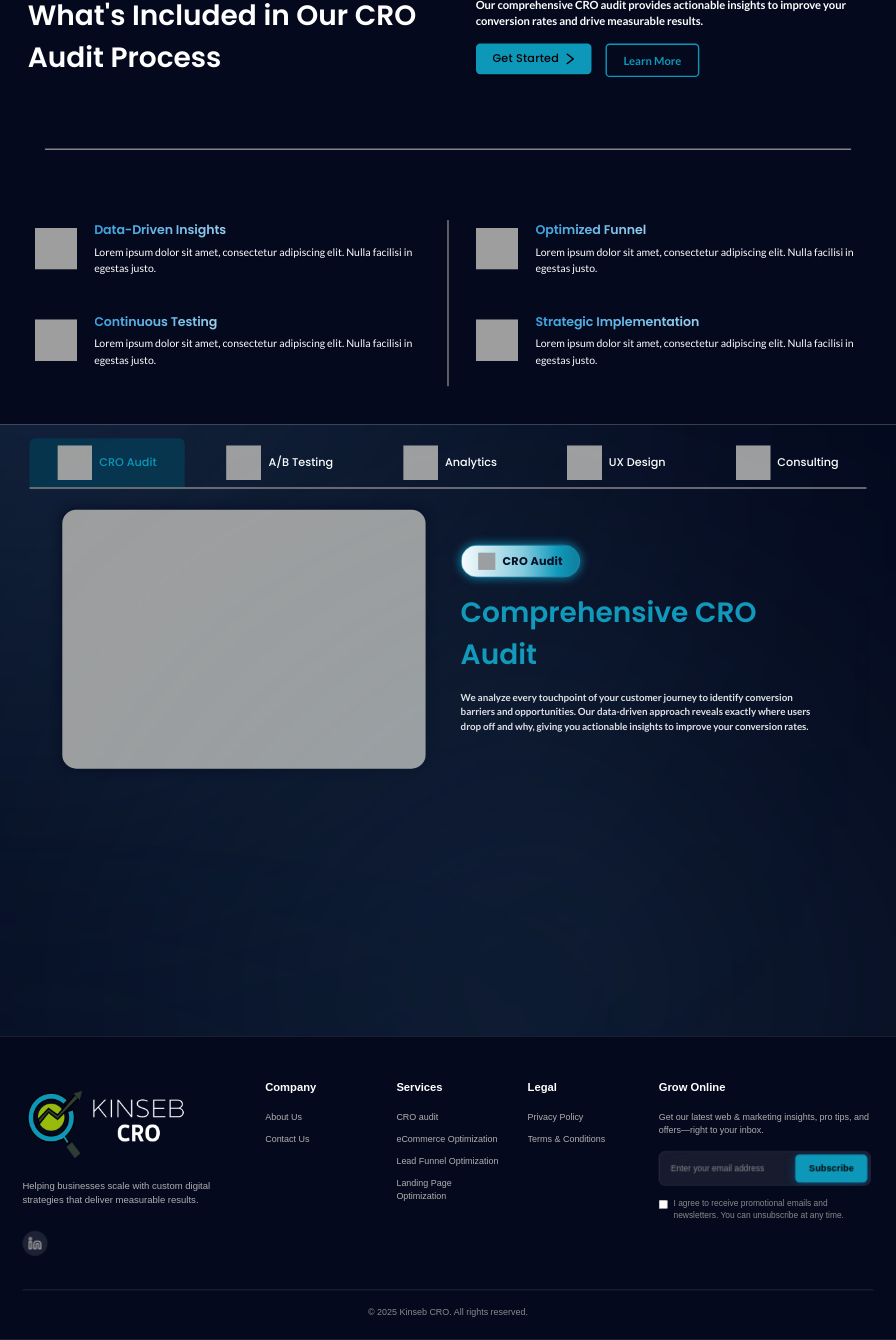
Repository: YahyaK01/kinseb
Page: /services
These files come from the project's save history. The page is drawn as it stood at one moment and after the next save; the edit follows.
The browser window is 1280 px wide. The pictures show the part of the page from y = 1793 to 3713 px (the page is 3707 px tall before and 3713 px after), at 70% of full size.
Pictures or frames that could not be fetched are drawn as grey boxes. The project was rebuilt for these pictures with package versions that can differ from the ones it lists, and the page was loaded fresh each time. Also part of the build but not shown: src/components/FAQ.js, src/components/CTA.jsx, src/components/MetricsSection.jsx, src/components/WhyCROMatter.jsx, src/components/Processsection.jsx, src/components/Hero.jsx, src/components/CEO.jsx, src/components/Testimonia.jsx and 14 more.

Above is the page before, as saved 2025-12-05 18:20:47.

### public/index.html
<!DOCTYPE html>
<html lang="en">
  <head>
    <meta charset="utf-8" />
    <link rel="icon" href="/images/website-logo.png" />
    <meta name="viewport" content="width=device-width, initial-scale=1" />
    <meta name="theme-color" content="#000000" />
    <meta
      name="description"
      content="Kinseb CRO - Your trusted partner for Conversion Rate Optimization. We specialize in data-driven CRO strategies, A/B testing, user experience optimization, and conversion funnel analysis to maximize your website's performance and ROI."
    />
    <meta name="keywords" content="conversion rate optimization, CRO services, A/B testing, conversion funnel optimization, user experience optimization, website optimization, Kinseb CRO, landing page optimization, conversion strategy, increase conversions" />
    <meta name="author" content="Kinseb CRO" />
    <meta property="og:title" content="Kinseb CRO - Conversion Rate Optimization Experts" />
    <meta property="og:description" content="Your trusted partner for data-driven Conversion Rate Optimization. We help businesses maximize their website conversions through strategic testing and optimization." />
    <meta property="og:image" content="/images/website-logo.png" />
    <meta property="og:type" content="website" />
    <meta name="twitter:card" content="summary_large_image" />
    <meta name="twitter:title" content="Kinseb CRO - Conversion Rate Optimization Experts" />
    <meta name="twitter:description" content="Your trusted partner for data-driven Conversion Rate Optimization. Turn more visitors into customers with strategic testing and optimization." />
    <meta name="twitter:image" content="/images/logo.png" />
    <link rel="apple-touch-icon" href="/images/logo.png" />

    <!-- Preconnect to Google Fonts (speeds up font loading) -->
    <link rel="preconnect" href="https://fonts.googleapis.com">
    <link rel="preconnect" href="https://fonts.gstatic.com" crossorigin>

    <!-- Async load fonts (non-blocking - won't delay page render) -->
    <link rel="preload" as="style" href="https://fonts.googleapis.com/css2?family=Poppins:wght@300;400;500;600;700&display=swap" onload="this.onload=null;this.rel='stylesheet'">
    <link rel="preload" as="style" href="https://fonts.googleapis.com/css2?family=Lato:wght@100;300;400;700;900&display=swap" onload="this.onload=null;this.rel='stylesheet'">

    <!-- Fallback for browsers without JavaScript -->
    <noscript>
      <link rel="stylesheet" href="https://fonts.googleapis.com/css2?family=Poppins:wght@300;400;500;600;700&display=swap">
      <link rel="stylesheet" href="https://fonts.googleapis.com/css2?family=Lato:wght@100;300;400;700;900&display=swap">
    </noscript>

    <!--
      manifest.json provides metadata used when your web app is installed on a
      user's mobile device or desktop. See https://developers.google.com/web/fundamentals/web-app-manifest/
    -->
    <link rel="manifest" href="%PUBLIC_URL%/manifest.json" />
    <!--
      Notice the use of %PUBLIC_URL% in the tags above.
      It will be replaced with the URL of the `public` folder during the build.
      Only files inside the `public` folder can be referenced from the HTML.

      Unlike "/favicon.ico" or "favicon.ico", "%PUBLIC_URL%/favicon.ico" will
      work correctly both with client-side routing and a non-root public URL.
      Learn how to configure a non-root public URL by running `npm run build`.
    -->
    <title>Kinseb CRO - Conversion Rate Optimization Experts</title>
  </head>
  <body>
    <noscript>You need to enable JavaScript to run this app.</noscript>
    <div id="root"></div>
    <!--
      This HTML file is a template.
      If you open it directly in the browser, you will see an empty page.

      You can add webfonts, meta tags, or analytics to this file.
      The build step will place the bundled scripts into the <body> tag.

      To begin the development, run `npm start` or `yarn start`.
      To create a production bundle, use `npm run build` or `yarn build`.
    -->
  </body>
</html>

### src/components/marquee.jsx
import React, { useEffect, useState } from 'react';

const TrustedBrands = () => {
  const [windowWidth, setWindowWidth] = useState(window.innerWidth);
  const [isPaused, setIsPaused] = useState(false);

  useEffect(() => {
    const handleResize = () => setWindowWidth(window.innerWidth);
    window.addEventListener('resize', handleResize);
    return () => window.removeEventListener('resize', handleResize);
  }, []);

  const brands = [
    { name: 'Brand 1', logo: '/images/8.png' },
    { name: 'Brand 2', logo: '/images/9.png' },
    { name: 'Brand 3', logo: '/images/10.png' },
    { name: 'Brand 4', logo: '/images/11.png' },
    { name: 'Brand 5', logo: '/images/12.png' },
  ];

  // Duplicate brands for seamless loop
  const duplicatedBrands = [...brands, ...brands, ...brands];

  const containerStyle = {
    display: 'flex',
    flexDirection: 'column',
    justifyContent: 'center',
    alignItems: 'center',
    padding: windowWidth < 768 ? '40px 0' : '50px 0',
    width: '100%',
    minHeight: windowWidth < 768 ? 'auto' : '228px',
    background: '#04091D',
    overflow: 'hidden',
    boxSizing: 'border-box',
  };

  const innerContainerStyle = {
    display: 'flex',
    flexDirection: 'column',
    alignItems: 'center',
    gap: windowWidth < 768 ? '24px' : '32px',
    width: '100%',
    maxWidth: '100%',
    overflow: 'hidden',
  };

  const titleStyle = {
    fontFamily: "'Lato', -apple-system, BlinkMacSystemFont, 'Segoe UI', sans-serif",
    fontWeight: 600,
    fontSize: windowWidth < 480 ? '16px' : '18px',
    lineHeight: '24px',
    textAlign: 'center',
    color: '#FDFFFA',
    margin: 0,
    padding: '0 16px',
  };

  const marqueeContainerStyle = {
    width: '100%',
    overflow: 'hidden',
    position: 'relative',
    maskImage: 'linear-gradient(to right, transparent, black 10%, black 90%, transparent)',
    WebkitMaskImage: 'linear-gradient(to right, transparent, black 10%, black 90%, transparent)',
  };

  const marqueeStyle = {
    display: 'flex',
    flexDirection: 'row',
    alignItems: 'center',
    gap: windowWidth < 480 ? '20px' : '40px',
    animation: isPaused ? 'none' : 'marquee 30s linear infinite',
    width: 'max-content',
    willChange: 'transform',
  };

  const cardStyle = {
    display: 'flex',
    flexDirection: 'row',
    justifyContent: 'center',
    alignItems: 'center',
    padding: windowWidth < 480 ? '12px 20px' : '16px 30px',
    minWidth: windowWidth < 480 ? '140px' : '180px',
    height: windowWidth < 480 ? '60px' : '72px',
    background: 'transparent',
    flexShrink: 0,
    cursor: 'pointer',
    transition: 'transform 0.3s ease',
  };

  const logoStyle = {
    width: windowWidth < 480 ? '80px' : windowWidth < 768 ? '100px' : '120px',
    height: 'auto',
    maxHeight: windowWidth < 480 ? '50px' : '60px',
    objectFit: 'contain',
    transition: 'transform 0.3s ease',
  };

  const keyframesStyle = `
    @keyframes marquee {
      0% {
        transform: translateX(0);
      }
      100% {
        transform: translateX(-33.333%);
      }
    }
  `;

  return (
    <>
      <style>{keyframesStyle}</style>
      <div style={containerStyle}>
        <div style={innerContainerStyle}>
          <h2 style={titleStyle}>Trusted by Leading Brands</h2>

          <div style={marqueeContainerStyle}>
            <div style={marqueeStyle}>
              {duplicatedBrands.map((brand, index) => (
                <div
                  key={index}
                  style={cardStyle}
                  onMouseEnter={() => setIsPaused(true)}
                  onMouseLeave={() => setIsPaused(false)}
                >
                  <img
                    src={brand.logo}
                    alt={brand.name}
                    style={logoStyle}
                  />
                </div>
              ))}
            </div>
          </div>
        </div>
      </div>
    </>
  );
};

export default TrustedBrands;

### src/components/ServiceTabSection.jsx
import React, { useEffect, useRef, useState } from 'react';

const ServiceTabSection = () => {
  const [isVisible, setIsVisible] = useState(false);
  const [activeTab, setActiveTab] = useState(0);
  const sectionRef = useRef(null);
  const contentAreaRef = useRef(null);

  useEffect(() => {
    const observer = new IntersectionObserver(
      ([entry]) => {
        if (entry.isIntersecting && !isVisible) {
          setIsVisible(true);

          setTimeout(() => {
            if (contentAreaRef.current) {
              contentAreaRef.current.scrollIntoView({
                behavior: 'smooth',
                block: 'start',
                inline: 'nearest'
              });
            }
          }, 100);
        }
      },
      {
        threshold: 0.1,
        rootMargin: '0px'
      }
    );

    if (sectionRef.current) {
      observer.observe(sectionRef.current);
    }

    return () => {
      if (sectionRef.current) {
        observer.unobserve(sectionRef.current);
      }
    };
  }, [isVisible]);

  // Wrapper Style
  const wrapperStyle = {
    width: '100%',
    background: '#04091D',
    position: 'relative',
    overflow: 'hidden',
  };

  // Main Container Style
  const containerStyle = {
    display: 'flex',
    flexDirection: 'column',
    justifyContent: 'center',
    alignItems: 'center',
    padding: '100px 0px',
    gap: '60px', // Reduced from 100px to 60px
    maxWidth: '1440px',
    margin: '0 auto',
    width: '100%',
    position: 'relative',
    isolation: 'isolate',
  };

  // Decorative Blur Ellipses - Updated positions
  const ellipse1Style = {
    position: 'absolute',
    width: '486px',
    height: '486px',
    left: '-213px',
    top: '-187px',
    background: 'linear-gradient(263.69deg, #FFFFFF -108.11%, #3AA1DE 98.19%)',
    filter: 'blur(400px)',
    pointerEvents: 'none',
    zIndex: 0,
  };

  const ellipse2Style = {
    position: 'absolute',
    width: '280px',
    height: '280px',
    left: '-151px',
    top: '1739px',
    background: 'linear-gradient(263.69deg, #FFFFFF -108.11%, #3AA1DE 98.19%)',
    filter: 'blur(350px)',
    pointerEvents: 'none',
    zIndex: 1,
  };

  const ellipse3Style = {
    position: 'absolute',
    width: '350px',
    height: '350px',
    left: '562px',
    top: '913px',
    background: 'linear-gradient(263.69deg, #FFFFFF -108.11%, #3AA1DE 98.19%)',
    filter: 'blur(350px)',
    pointerEvents: 'none',
    zIndex: 2,
  };

  const ellipse4Style = {
    position: 'absolute',
    width: '350px',
    height: '350px',
    left: '941px',
    top: '2277px',
    background: 'linear-gradient(263.69deg, #FFFFFF -108.11%, #3AA1DE 98.19%)',
    filter: 'blur(350px)',
    pointerEvents: 'none',
    zIndex: 3,
  };

  const ellipse5Style = {
    position: 'absolute',
    width: '267px',
    height: '267px',
    left: '139px',
    top: '2319px',
    background: 'linear-gradient(263.69deg, #FFFFFF -108.11%, #3AA1DE 98.19%)',
    filter: 'blur(275px)',
    pointerEvents: 'none',
    zIndex: 4,
  };

  // Header Section Styles
  const headerContainerStyle = {
    display: 'flex',
    flexDirection: 'column',
    alignItems: 'center',
    padding: '0px',
    gap: '30px',
    width: '100%',
    maxWidth: '1440px',
    zIndex: 5,
    opacity: isVisible ? 1 : 0,
    transform: isVisible ? 'translateY(0)' : 'translateY(30px)',
    transition: 'all 0.6s cubic-bezier(0.4, 0, 0.2, 1) 0.2s',
  };

  const headerInnerStyle = {
    display: 'flex',
    flexDirection: 'column',
    justifyContent: 'center',
    alignItems: 'center',
    padding: '0px',
    isolation: 'isolate',
    width: '1236px',
    maxWidth: '100%',
  };

  const headingStyle = {
    fontFamily: "'Poppins', sans-serif",
    fontWeight: 600,
    fontSize: '40px',
    lineHeight: '64px',
    textAlign: 'center',
    letterSpacing: '-0.03em',
    textTransform: 'capitalize',
    color: '#FFFFFF',
    margin: 0,
    width: '100%',
  };

  const paragraphStyle = {
    fontFamily: "'Lato', sans-serif",
    fontWeight: 400,
    fontSize: '14px',
    lineHeight: '28px',
    textAlign: 'center',
    letterSpacing: '-0.09px',
    color: '#FFFFFF',
    margin: 0,
    maxWidth: '692px',
  };

  // Content Area Wrapper Style
  const contentAreaWrapperStyle = {
    display: 'flex',
    flexDirection: 'column',
    gap: '30px', // Reduced from 40px to 30px
    width: '100%',
    zIndex: 5,
  };

  // Tabs Section Styles
  const tabsContainerStyle = {
    display: 'flex',
    flexDirection: 'column',
    justifyContent: 'center',
    alignItems: 'center',
    padding: '20px 40px 0px',
    width: '100%',
    maxWidth: '1440px',
    margin: '0 auto',
    opacity: isVisible ? 1 : 0,
    transition: 'all 0.6s cubic-bezier(0.4, 0, 0.2, 1) 0.3s',
  };

  const tabsRowStyle = {
    display: 'flex',
    flexDirection: 'row',
    justifyContent: 'space-between',
    alignItems: 'flex-start',
    padding: '0px',
    gap: '20px',
    width: '100%',
    maxWidth: '1196px',
    flexWrap: 'wrap',
  };

  const tabStyle = (isActive) => ({
    display: 'flex',
    flexDirection: 'row',
    justifyContent: 'center',
    alignItems: 'center',
    padding: '10px 30px',
    gap: '10px',
    minWidth: '200px',
    flex: '1 1 auto',
    height: '70px',
    borderRadius: '8px 8px 0px 0px',
    background: isActive ? '#07334C' : 'transparent',
    cursor: 'pointer',
    transition: 'all 0.3s ease',
    border: 'none',
  });

  const tabIconStyle = {
    width: '50px',
    height: '50px',
    flexShrink: 0,
  };

  const tabTextStyle = (isActive) => ({
    fontFamily: "'Poppins', sans-serif",
    fontWeight: 500,
    fontSize: '16px',
    lineHeight: '24px',
    color: isActive ? '#0D98BA' : '#FFFFFF',
    margin: 0,
    transition: 'all 0.3s ease',
  });

  const tabSeparatorStyle = {
    width: '100%',
    maxWidth: '1196px',
    height: '2px',
    background: '#848586',
    borderRadius: '10px',
    marginTop: '0px',
  };

  // Service Content Style
  const serviceContentStyle = {
    display: 'flex',
    flexDirection: 'column',
    justifyContent: 'center',
    alignItems: 'center',
    padding: '0px 89px',
    gap: '10px',
    width: '100%',
    maxWidth: '1440px',
    margin: '0 auto',
    zIndex: 6,
    opacity: isVisible ? 1 : 0,
    transform: isVisible ? 'translateY(0)' : 'translateY(30px)',
    transition: 'all 0.6s cubic-bezier(0.4, 0, 0.2, 1) 0.4s',
  };

  const serviceRowStyle = {
    display: 'flex',
    flexDirection: 'row',
    alignItems: 'center',
    padding: '0px 14px 0px 0px',
    gap: '50px',
    width: '100%',
    maxWidth: '1196px',
    flexWrap: 'wrap',
  };

  const serviceImageStyle = {
    width: '566px',
    height: '370px',
    maxWidth: '100%',
    backgroundSize: 'cover',
    backgroundPosition: 'center',
    boxShadow: '0px 0px 15px #04091D',
    borderRadius: '20px',
    flex: '1 1 400px',
  };

  const serviceTextContainerStyle = {
    display: 'flex',
    flexDirection: 'column',
    justifyContent: 'center',
    alignItems: 'flex-start',
    padding: '0px',
    gap: '20px',
    flex: '1 1 400px',
    minWidth: '300px',
    maxWidth: '566px',
  };

  const serviceBadgeStyle = {
    display: 'flex',
    flexDirection: 'row',
    justifyContent: 'center',
    alignItems: 'center',
    padding: '10px 24px',
    gap: '10px',
    background: 'linear-gradient(90deg, #FFFFFF 0%, #85CCDD 52.41%, #0D98BA 81.55%, #0B829F 95.26%)',
    border: '1px solid #0D94BB',
    boxShadow: '0px 0px 12px 2px rgba(13, 148, 187, 0.7)',
    borderRadius: '25px',
    cursor: 'default',
  };

  const badgeIconStyle = {
    width: '25px',
    height: '25px',
  };

  const badgeTextStyle = {
    fontFamily: "'Poppins', sans-serif",
    fontWeight: 700,
    fontSize: '16px',
    lineHeight: '24px',
    letterSpacing: '0.02em',
    color: '#04091D',
    margin: 0,
  };

  const serviceHeadingStyle = {
    fontFamily: "'Poppins', sans-serif",
    fontWeight: 600,
    fontSize: '40px',
    lineHeight: '60px',
    textTransform: 'capitalize',
    color: '#0D98BA',
    margin: 0,
  };

  const serviceDescriptionStyle = {
    fontFamily: "'Lato', sans-serif",
    fontWeight: 600,
    fontSize: '14px',
    lineHeight: '150%',
    letterSpacing: '-0.006em',
    color: '#E6E6E6',
    margin: 0,
  };

  // Tab Data
  const tabs = [
    { icon: '/path-to-icon-1.png', text: 'CRO Audit' },
    { icon: '/path-to-icon-2.png', text: 'A/B Testing' },
    { icon: '/path-to-icon-3.png', text: 'Analytics' },
    { icon: '/path-to-icon-4.png', text: 'UX Design' },
    { icon: '/path-to-icon-5.png', text: 'Consulting' },
  ];

  // Service Content Data
  const services = [
    {
      badge: 'CRO Audit',
      heading: 'Comprehensive CRO Audit',
      description: 'We analyze every touchpoint of your customer journey to identify conversion barriers and opportunities. Our data-driven approach reveals exactly where users drop off and why, giving you actionable insights to improve your conversion rates.',
      image: '/path-to-service-image.jpg',
    },
    {
      badge: 'A/B Testing',
      heading: 'Strategic A/B Testing',
      description: 'Test and validate changes before full implementation. Our systematic testing approach ensures every decision is backed by data, minimizing risk and maximizing ROI on your optimization efforts.',
      image: '/path-to-service-image-2.jpg',
    },
    {
      badge: 'Analytics',
      heading: 'Advanced Analytics',
      description: 'Deep dive into your data to uncover hidden patterns and opportunities. Our analytics expertise helps you understand user behavior and make informed decisions that drive growth.',
      image: '/path-to-service-image-3.jpg',
    },
    {
      badge: 'UX Design',
      heading: 'User Experience Design',
      description: 'Create intuitive, conversion-focused designs that guide users seamlessly through your funnel. Our UX experts craft experiences that delight users while driving business results.',
      image: '/path-to-service-image-4.jpg',
    },
    {
      badge: 'Consulting',
      heading: 'CRO Consulting',
      description: 'Get expert guidance on your conversion optimization strategy. Our consultants work with your team to build sustainable optimization processes and drive long-term growth.',
      image: '/path-to-service-image-5.jpg',
    },
  ];

  return (
    <div ref={sectionRef} style={wrapperStyle}>
      {/* Decorative Blur Ellipses */}
      <div style={ellipse1Style}></div>
      <div style={ellipse2Style}></div>
      <div style={ellipse3Style}></div>
      <div style={ellipse4Style}></div>
      <div style={ellipse5Style}></div>

      <div style={containerStyle}>
        {/* Header Section */}
        <div style={headerContainerStyle}>
          <div style={headerInnerStyle}>
            <h2 style={headingStyle}>How We Improve Your Conversions</h2>
          </div>
          <p style={paragraphStyle}>
            Comprehensive conversion rate optimization services to help you grow your business
          </p>
        </div>

        {/* Content Area Wrapper */}
        <div ref={contentAreaRef} style={contentAreaWrapperStyle}>
          {/* Tabs Section */}
          <div style={tabsContainerStyle}>
            <div style={tabsRowStyle}>
              {tabs.map((tab, index) => (
                <button
                  key={index}
                  style={tabStyle(activeTab === index)}
                  onClick={() => setActiveTab(index)}
                  onMouseEnter={(e) => {
                    if (activeTab !== index) {
                      e.currentTarget.style.background = 'rgba(7, 51, 76, 0.5)';
                    }
                  }}
                  onMouseLeave={(e) => {
                    if (activeTab !== index) {
                      e.currentTarget.style.background = 'transparent';
                    }
                  }}
                >
                  <img src={tab.icon} alt={tab.text} style={tabIconStyle} />
                  <span style={tabTextStyle(activeTab === index)}>{tab.text}</span>
                </button>
              ))}
            </div>
            <div style={tabSeparatorStyle}></div>
          </div>

          {/* Service Content */}
          <div style={serviceContentStyle}>
            <div style={serviceRowStyle}>
              <div
                style={{
                  ...serviceImageStyle,
                  backgroundImage: `url(${services[activeTab]?.image || services[0].image})`,
                }}
              ></div>
              <div style={serviceTextContainerStyle}>
                <div style={serviceBadgeStyle}>
                  <img src="/path-to-badge-icon.png" alt="badge" style={badgeIconStyle} />
                  <span style={badgeTextStyle}>
                    {services[activeTab]?.badge || services[0].badge}
                  </span>
                </div>
                <h3 style={serviceHeadingStyle}>
                  {services[activeTab]?.heading || services[0].heading}
                </h3>
                <p style={serviceDescriptionStyle}>
                  {services[activeTab]?.description || services[0].description}
                </p>
              </div>
            </div>
          </div>
        </div>
      </div>
    </div>
  );
};

export default ServiceTabSection;

Loaded but not shown: src/index.js (common file); src/index.css (common file); src/reportWebVitals.js (common file); src/components/Footer.js (596 lines, source omitted); src/App.js (30 lines, source omitted); src/Pages/ServicePage.js (20 lines, source omitted); src/components/Navbar.jsx (1589 lines, source omitted); src/components/WhyCROMattersSection.jsx (391 lines, source omitted); src/components/PainPointsSection.jsx (302 lines, source omitted); src/components/casestudieshero.jsx (294 lines, source omitted)

After the next save:
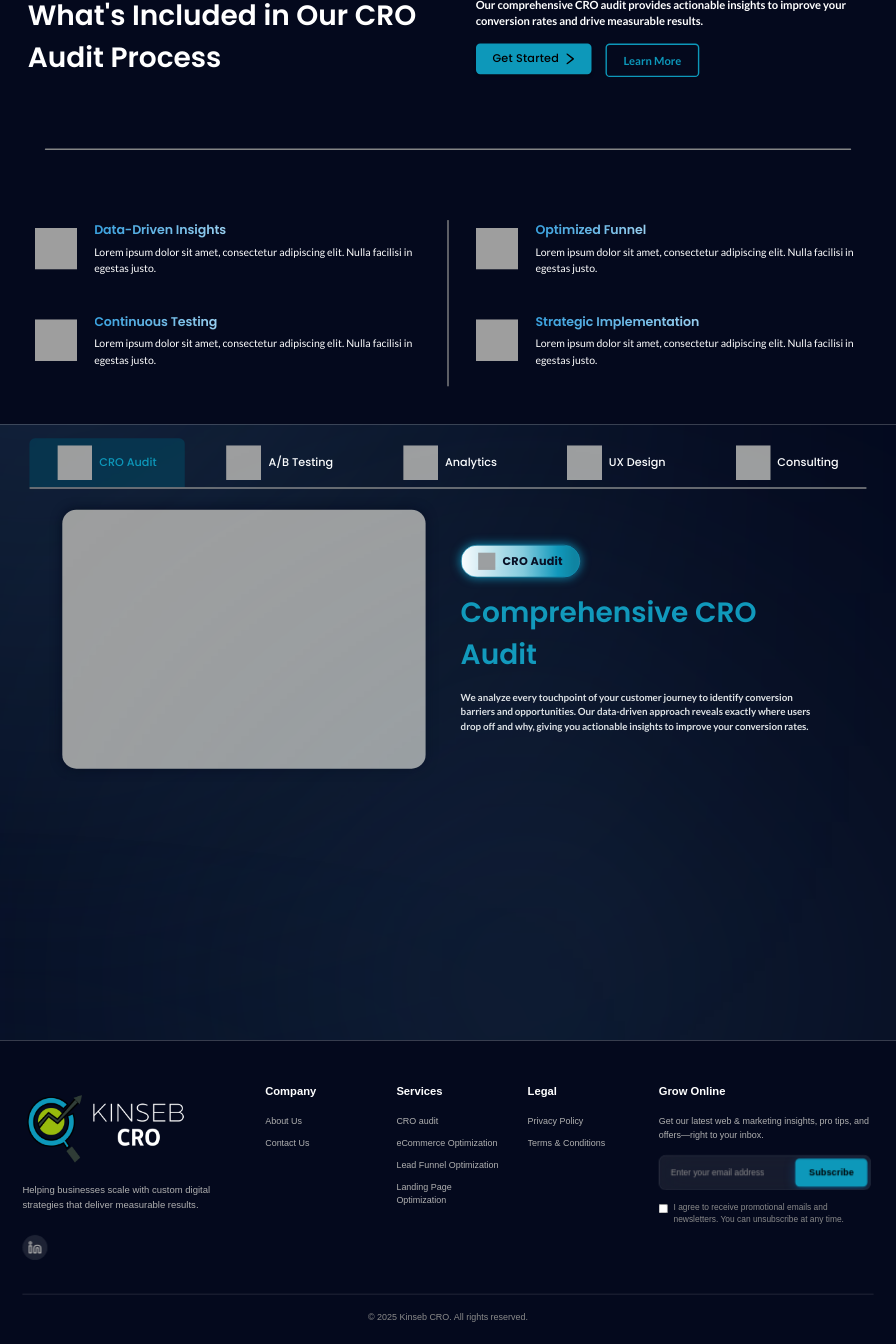
Saved 10 s later.
--- a/src/components/ServiceTabSection.jsx
+++ b/src/components/ServiceTabSection.jsx
@@ -125,12 +125,13 @@
   };
 
   // Header Section Styles
+// Header Section Styles
   const headerContainerStyle = {
     display: 'flex',
     flexDirection: 'column',
     alignItems: 'center',
     padding: '0px',
-    gap: '30px',
+    gap: '8px', // Reduced from 15px to 8px
     width: '100%',
     maxWidth: '1440px',
     zIndex: 5,
@@ -411,7 +412,7 @@
             <h2 style={headingStyle}>How We Improve Your Conversions</h2>
           </div>
           <p style={paragraphStyle}>
-            Comprehensive conversion rate optimization services to help you grow your business
+            Each service is designed to solve a specific conversion problem — from finding what's broken to optimizing every step of your customer journey for measurable growth.
           </p>
         </div>
 
